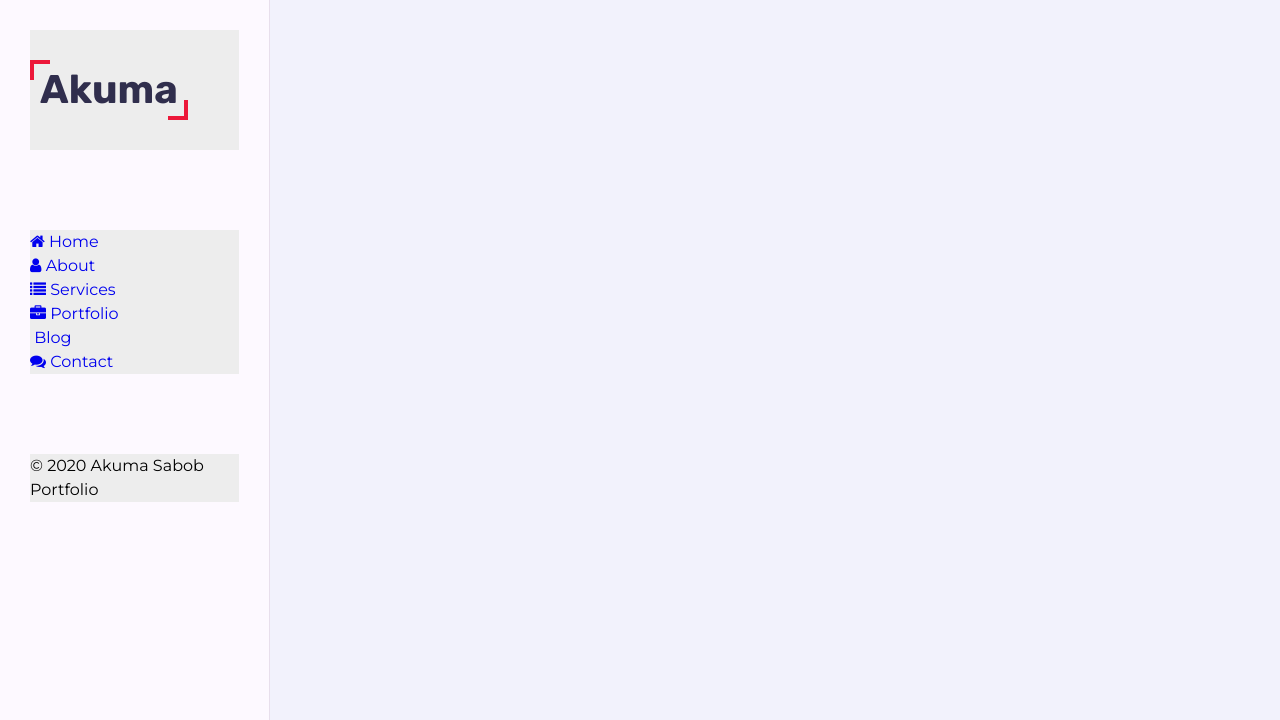
Repository: Akuma001/MY-Portfolio
Page: index.html
An editor plug-in stored every save of this project. The page is shown before and after the next save, followed by the edit.
The browser window is 1280 px wide. The pictures show the whole page.

Above is the page before, as saved 2020-12-12 21:59:51.

### index.html
<!DOCTYPE html>
<html lang="en">
<head>
  <title>Akuma Sabob</title>
  <meta charset="utf-8">
  <meta name="viewport" content="width=device-width, initial-scale=1">
   <!-- Template css Files -->
	<link rel="stylesheet" href="./css/style.css" type="text/css">
  <link rel="stylesheet" href="./css/skins/pink.css" type="text/css">
  <!-------Favcon icon-------->
  <link href="./images/favicon.ico" rel="icon" type="image/x-icon" />
</head>
<body>
<!-----------Main------------->
<div class="main-container">
<!-----------Side------------->
  <div class="aside">
    <div class="logo">
      <a href="#">Akuma</a>
    </div>
    <!----------Nav Bar---------->
    <ul class="nav">
      <li><a href="#"><i class="fa fa-home"></i> Home</a></li>
      <li><a href="#"><i class="fa fa-user"></i> About</a></li>
      <li><a href="#"><i class="fa fa-list"></i> Services</a></li>
      <li><a href="#"><i class="fa fa-briefcase"></i> Portfolio</a></li>
      <li><a href="#"><i class="fa fa-envelop"></i> Blog</a></li>
      <li><a href="#"><i class="fa fa-comments"></i> Contact</a></li>
    </ul>
    <div class="copyright-text">
      &copy; 2020 Akuma Sabob Portfolio
    </div>

  </div>
<!-----------Side End------------->

<!-----------Main content------------->
  <div class="main-content">
    <section class="home section">

    </section>
  </div>
<!-----------Main content End------------->

</div>
<!-----------Main------------->
</body>
</html>

### css/style.css

 /*Font Awesome Free Icon*/
 @import url("https://stackpath.bootstrapcdn.com/font-awesome/4.7.0/css/font-awesome.min.css");
 /*Google fonts*/
 @import url('https://fonts.googleapis.com/css?family=Montserrat:400,500,600,700&display=swap');
 @import url('https://fonts.googleapis.com/css?family=Rubik:500,700,900&display=swap');


body{
    margin: 0;
    line-height: 1.5;
    font-size: 16px;
    font-family: 'Montserrat', sans-serif;
    font-weight: 400;
}
*{
    margin: 0;
    padding: 0;
    outline: none;
    text-decoration: none;
    box-sizing: border-box;
}
::before, ::after{
    box-sizing: border-box;
}

.section{
    background-color: #f2f2fc;
    min-height: 100vh;
    display: block;
}
.main-content{
    padding-left: 270px;
}

 /*    aside  */
 .aside{
     width: 270px;
     background-color: #fdf9ff;
     position: fixed;
     height: 100%;
     left: 0;
     top: 0;
     z-index: 10;
     border-right: 1px solid #e8dfec;
     padding: 30px;
 }


 .aside .logo{
    background-color: #ededed;
    padding: 30px 0;

 }
 .aside .logo a{
     font-size: 40px;
     color: #302e4d;
     font-family: 'Rubik', sans-serif;
     font-weight: 700;
     text-decoration: none;
     display: inline-block;
     background-color: #ededed;
     position: relative;
     padding: 0 10px;
 }
 .aside .logo a::before{
     content: '';
     height: 20px;
     width: 20px;
     position: absolute;
     top: 0;
     left: 0;
 }
 .aside .logo a::after{
    content: '';
    height: 20px;
    width: 20px;
    position: absolute;
    bottom: 0;
    right: 0;
 }
 .aside .nav{
     background-color: #ededed;
     margin: 80px 0;
     list-style: none;
 }
 .aside .copyright-text{
    background-color: #ededed;
 }
 .aside .logo a{

}

### css/skins/pink.css
.aside .logo a::before{
    border-top: 4px solid #ec1839;
    border-left: 4px solid #ec1839;
}

.aside .logo a::after{
    border-right: 4px solid #ec1839;
    border-bottom: 4px solid #ec1839;
}

After the next save:
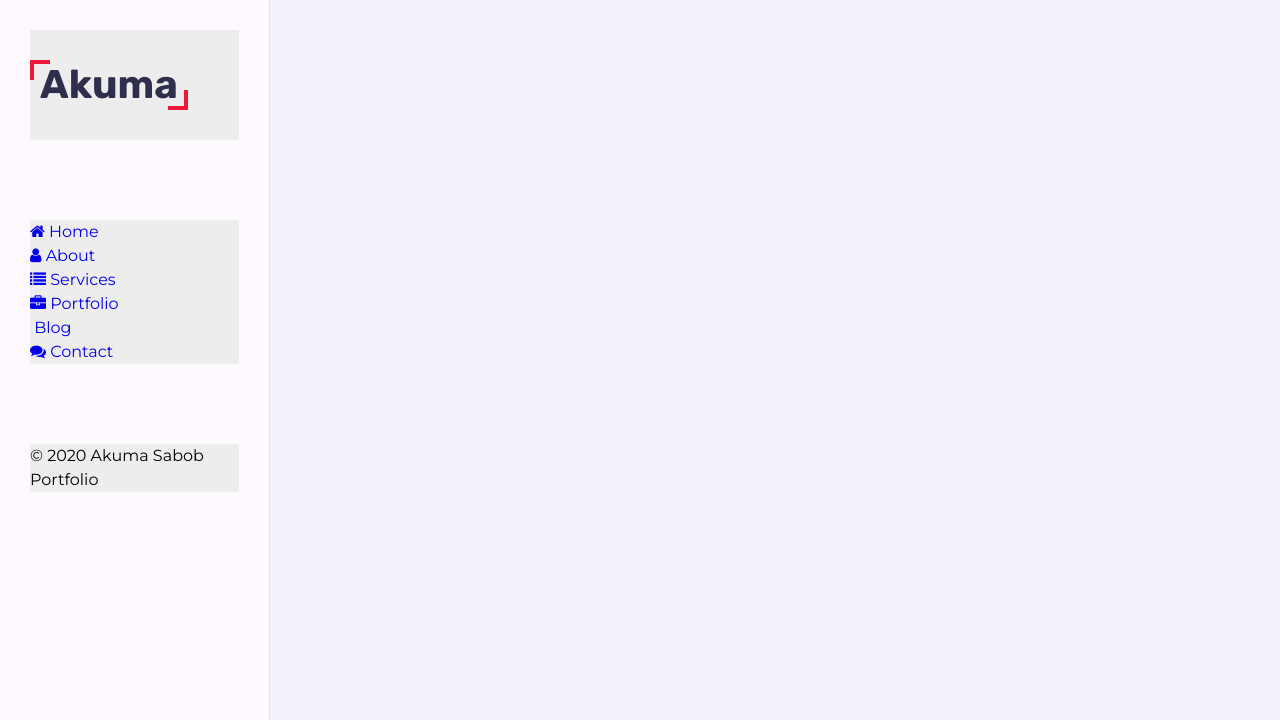
Saved 42 s later.
--- a/css/style.css
+++ b/css/style.css
@@ -62,6 +62,7 @@ body{
      background-color: #ededed;
      position: relative;
      padding: 0 10px;
+     line-height: 50px;
  }
  .aside .logo a::before{
      content: '';
